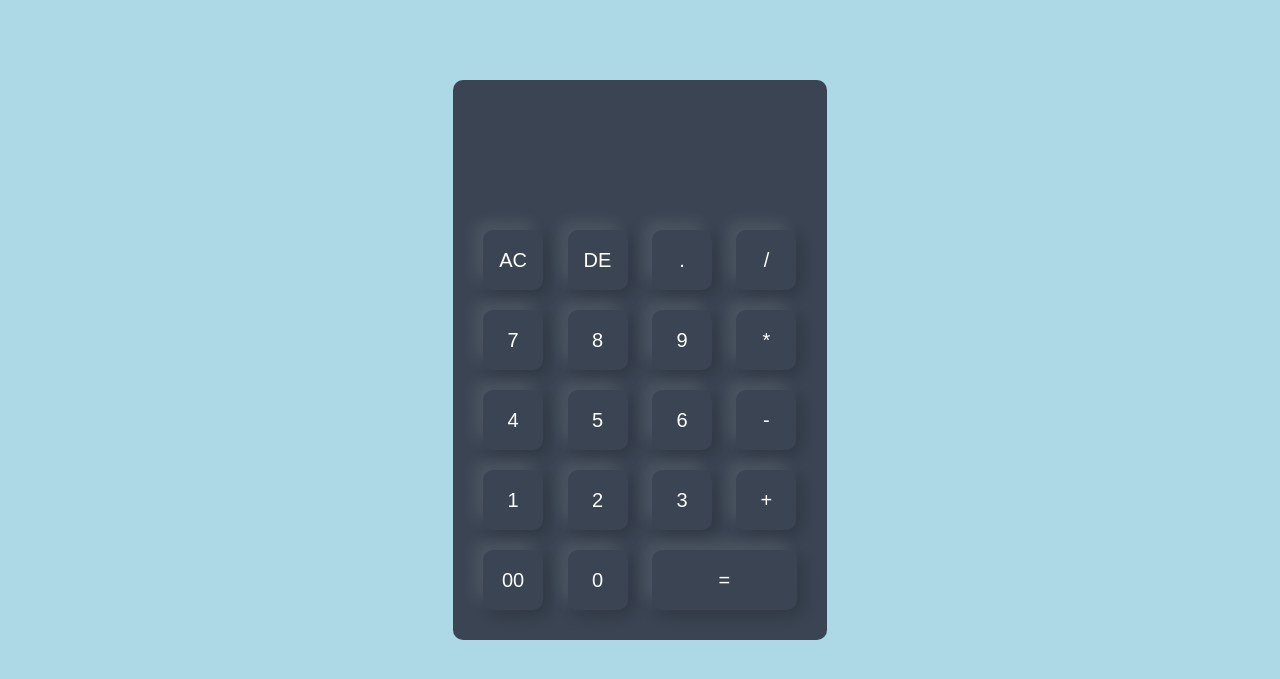
Repository: Anureet23/Calculator
Page: index.html
These files come from the project's save history. The page is drawn as it stood at one moment and after a run of saves; the edit follows.
The browser window is 1280 px wide. The pictures show the whole page.

Above is the page before, as saved 2023-02-07 23:03:58.

After the next 2 saves:
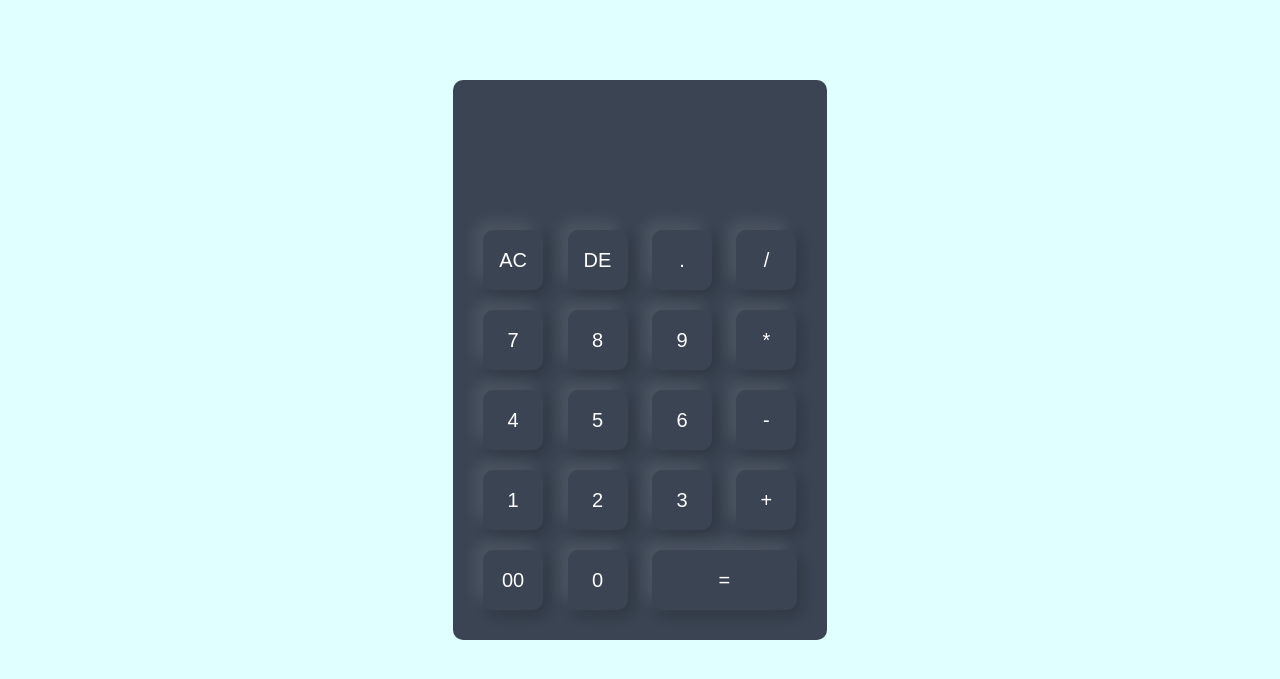
The 2 saves are shown as one change because they came seconds apart.
The last was saved 25 s later.
--- a/style.css
+++ b/style.css
@@ -8,7 +8,7 @@
 .container{
     width: 100%;
     height:100vh;
-    background:#ADD8E6;
+    background:#E0FFFF;
     display:flex;
     align-items:center;
     justify-content: center;
